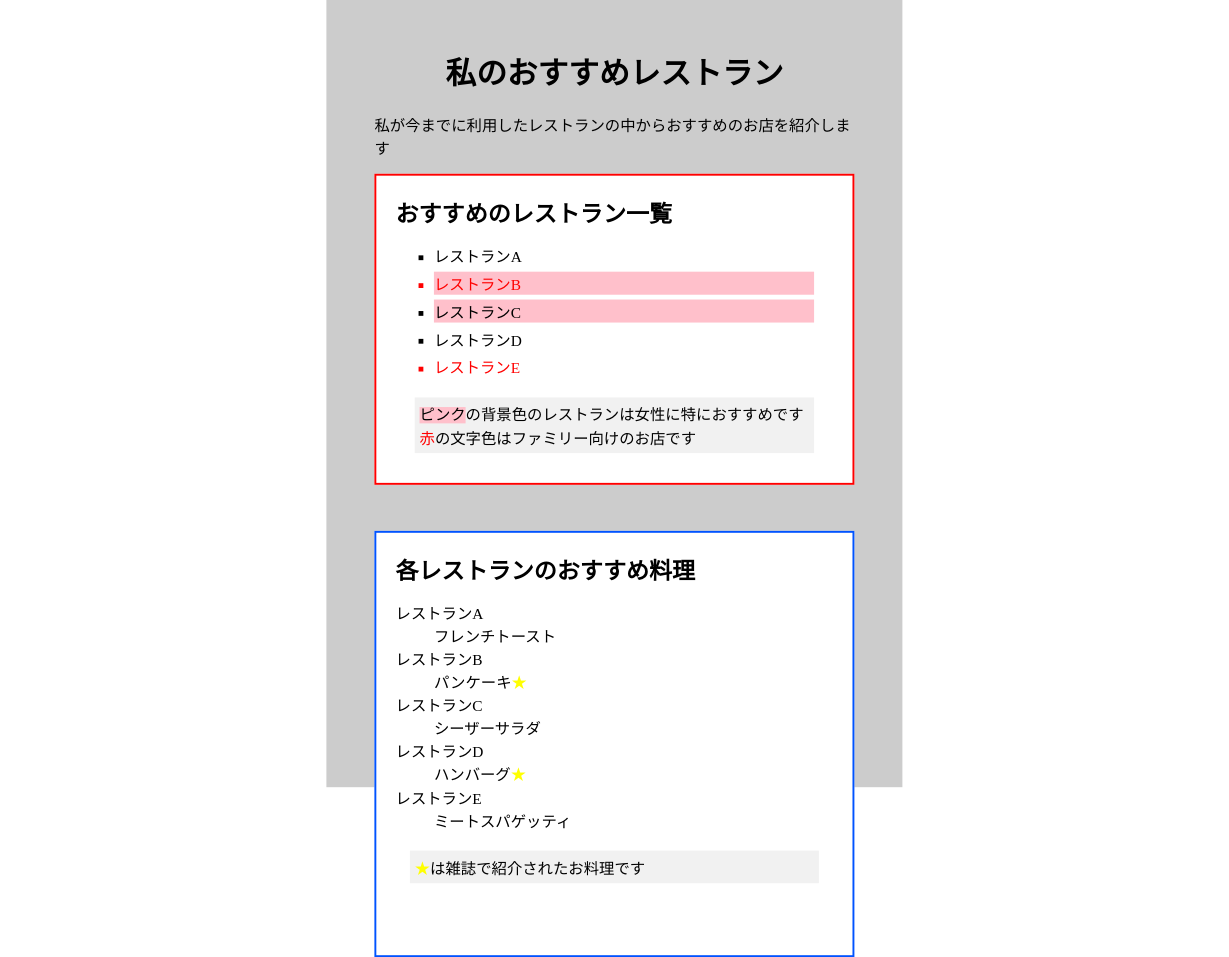
Repository: KAZMA5/samurai_HTML-CSS
Page: index.html
The author's editor kept a record of every edit. The page is drawn from the files as they stood at one moment, then again after the next edit.
The browser window is 1280 px wide. The pictures show the whole page, at 96% of full size.

Above is the page before.

### index.html
<!DOCTYPE html>
<html lang="ja">
    <head>
        <meta charset="UTF-8">
        <title>私のおすすめレストラン</title>
        <link rel="stylesheet" href="style.css">
    </head>
    <body>
        <div id="wrapper">
            <h1>私のおすすめレストラン</h1>
            <p>私が今までに利用したレストランの中からおすすめのお店を紹介します</p>
            <div id="restaunt_list">
                <h2>おすすめのレストラン一覧</h2>
                <ul>
                    <li>レストランA</li>
                    <li class="red bg-pink">レストランB</li>
                    <li class="bg-pink">レストランC</li>
                    <li>レストランD</li>
                    <li class="red">レストランE</li>
                </ul>
                <p class="a"><span style="background: linear-gradient(transparent 0%, pink 0%)">ピンク</span>の背景色のレストランは女性に特におすすめです<br><span style="color:red">赤</span>の文字色はファミリー向けのお店です</p>
            </div>
            <div id="recommended_foods">
                <h2>各レストランのおすすめ料理</h2>
                 <dl>
                    <dt>レストランA</dt>
                        <dd>フレンチトースト</dd>
                    <dt>レストランB</dt>
                        <dd>パンケーキ<span style="color:yellow">★</span></dd>
                    <dt>レストランC</dt>
                        <dd>シーザーサラダ</dd>
                    <dt>レストランD</dt>
                        <dd>ハンバーグ<span style="color:yellow">★</span></dd>
                    <dt>レストランE</dt>
                        <dd>ミートスパゲッティ</dd>
                </dl>
                <p id="b"><span style="color:yellow">★</span>は雑誌で紹介されたお料理です</p>
            </div>
        </div>
    </body>
</html>

### style.css
@charset "UTF-8";
body {
    height: 100vh;
    margin: 0;
}
@media screen and (max-width:480px) {
    .media-sp {
        body-size: 100%;
    }
}
div#wrapper {
    height: 100vh;
    width: 500px;
    margin: 0 auto;
    background-color: #CCC;
    padding: 50px;
}
h1 {
    margin-top: 0;
    text-align: center;
}
div#restaunt_list {
    height: 280px;
    background-color: white;
    border: solid 2px red;
    padding: 20px;
}
h2 {
    margin: 0 0 0 0;
}
ul {
    list-style-type: square;
}
.red {
    color: red;
}
.bg-pink {
    background-color: pink;
    margin-right: 20px;
}
li {
    margin-bottom: 5px;
}
p.a {
    margin: 20px;
    padding: 5px;
    background-color: #f1f1f1;
}
mark1 {
    background-color: pink;
}
mark2 {
    background-color: yellow;
}
span1 {
    color: red;
}
span2 {
    color: yellow;
}
div#recommended_foods {
    height: 400px;
    background-color: white;
    border: solid 2px #0053ff;
    padding: 20px;
    margin-top: 3pc;
}
h4 {
    margin-left: -35px;
    margin-bottom: 0;
    border-left: solid 9px blue;
    border-bottom: dashed 1px blue;
    margin-top: 10px;
}
p2 {
    margin-top: 0;
    margin-left: -18px;
}
#b {
    margin: 20px 15px;
    padding: 5px;
    background-color: #f1f1f1;
}

After the next edit:
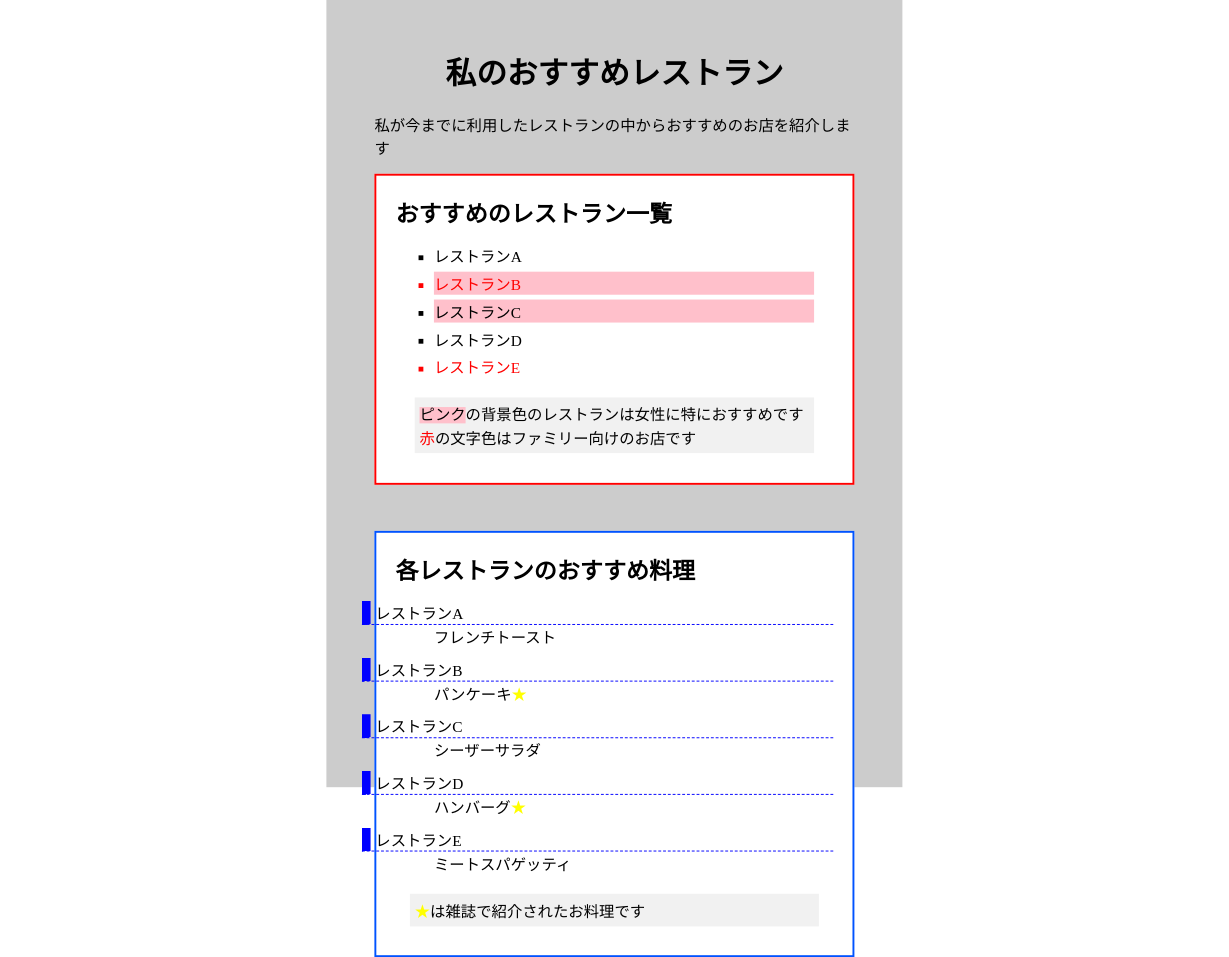
The edit:
--- a/style.css
+++ b/style.css
@@ -65,12 +65,13 @@
     padding: 20px;
     margin-top: 3pc;
 }
-h4 {
+dt {
     margin-left: -35px;
     margin-bottom: 0;
     border-left: solid 9px blue;
     border-bottom: dashed 1px blue;
     margin-top: 10px;
+    padding-left: 5px;
 }
 p2 {
     margin-top: 0;
